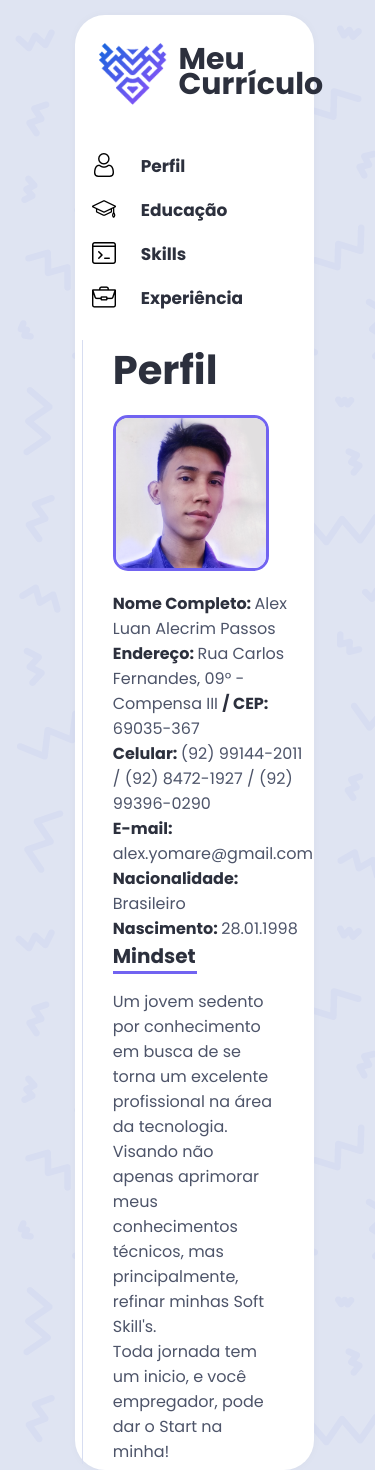
Repository: 4lex-passos/MeuPrimeiroSite
Page: index.html
The author's editor kept a copy of each file at every save. The page is drawn from the files as they stood at one save, then again after the next save.
The browser window is 375 px wide. The pictures show the whole page.

Above is the page before, as saved 2020-10-02 16:35:00.

After the next save:
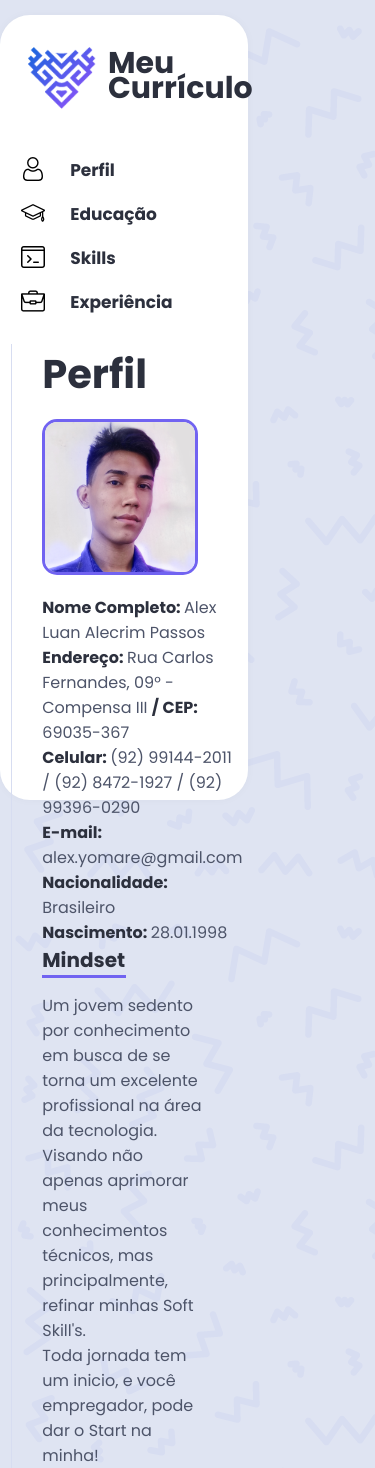
Saved 11 min 45 s later.
--- a/css/style.css
+++ b/css/style.css
@@ -313,7 +313,7 @@ div.en-superior h5{
 
 @media (max-width: 600px) {
   .conteiner{
-    display: grid;
+    display: flex;
   }
   .box{
     display:flex;
